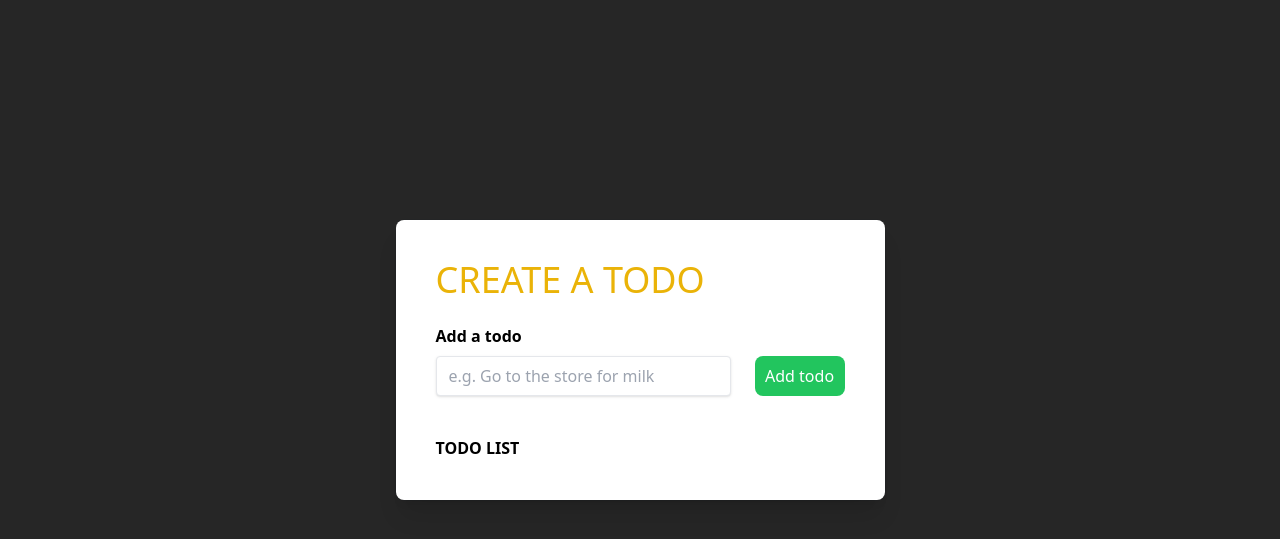
Repository: Kajo-lab/vue-todo
Page: /
An editor plug-in stored every save of this project. The page is shown before and after the next save, followed by the edit.
The browser window is 1280 px wide. The pictures show the whole page.
The project was rebuilt for these pictures with package versions that can differ from the ones it lists, and the page was loaded fresh each time. Also part of the build but not shown: vite.config.js, webpack.config.js.

Above is the page before, as saved 2022-07-07 17:48:41.

### src/main.js
import { createApp } from 'vue'
import App from './App.vue'
import "./assets/tailwind.css";

createApp(App).mount('#app')

### src/App.vue
<script setup>
import { ref, onMounted, computed, watch } from 'vue'

const todos = ref([])
const name = ref('')

const input_content = ref('')

const todos_asc = computed(() => todos.value.sort((a,b) =>{
	return a.createdAt - b.createdAt
}))

watch(name, (newVal) => {
	localStorage.setItem('name', newVal)
})

watch(todos, (newVal) => {
	localStorage.setItem('todos', JSON.stringify(newVal))
}, {
	deep: true
})

const addTodo = () => {
  if (input_content.value.trim() === '') {
    return
  }

	todos.value.push({
		content: input_content.value,
		done: false,
		editable: false,
		createdAt: new Date().getTime()
	})

	input_content.value = ''
}

const removeTodo = (todo) => {
	todos.value = todos.value.filter((t) => t !== todo)
}

onMounted(() => {
	name.value = localStorage.getItem('name') || ''
	todos.value = JSON.parse(localStorage.getItem('todos')) || []
})
</script>

<template>

<main class="relative flex min-h-screen flex-col justify-center overflow-hidden bg-neutral-800 py-6 sm:py-12">
	<div class="relative bg-white px-6 pt-10 pb-8 shadow-xl ring-1 ring-gray-900/5 sm:mx-auto sm:max-w-lg sm:rounded-lg sm:px-10">
		<section class="mb-10">
		<h1 class="text-4xl text-yellow-500 mb-6">CREATE A TODO</h1>
				<h3 class="mb-2 font-bold">Add a todo</h3>
				<form id="new-todo-form" class="flex gap-6" @submit.prevent="addTodo">
					<input
						class="shadow appearance-none border rounded w-full py-2 px-3 text-gray-700 leading-tight focus:outline-none focus:shadow-outline"
						type="text"
						name="content"
						id="content"
						placeholder="e.g. Go to the store for milk"
						v-model="input_content" />

					<input type="submit" value="Add todo" class="h-10 w-32 text-white rounded-lg bg-green-500 hover:bg-green-600"/>
				</form>
		</section>

		<section>
				<h3 class="mb-2 font-bold">TODO LIST</h3>
				<div id="todo-list ">
					<div class="flex mb-4" v-for="todo in todos_asc" :key="`todo-item ${todo.done && 'done'}`">

						<input type="checkbox" v-model="todo.done" />

						<div class="flex gap-6 todo-content">
							<input
							class=" shadow appearance-none border-none rounded w-full py-2 px-3 text-gray-700 leading-tight focus:outline-none focus:shadow-outline"
							type="text"
							v-model="todo.content" />

							<button class="h-10 w-20 text-white rounded-lg bg-red-500 hover:bg-red-600" @click="removeTodo(todo)">Delete</button>
						</div>
					</div>
				</div>
		</section>
	</div>
</main>

</template>

<style src="./assets/tailwind.css">



</style>

### src/assets/tailwind.css
@tailwind base;
@tailwind components;
@tailwind utilities;

.todo-item label {
	display: block;
	margin-right: 1rem;
	cursor: pointer;
}

.todo-item.done .todo-content input {
	text-decoration: line-through;
	color: gray;
}

Loaded but not shown: tailwind.config.js (common file)

After the next save:
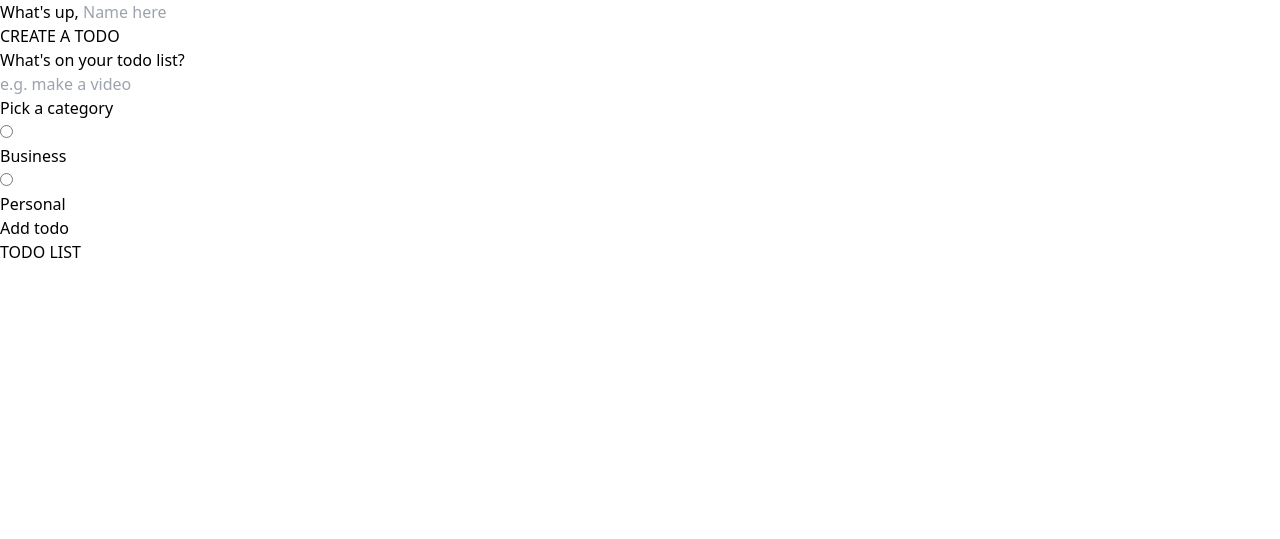
Saved 78 s later.
--- a/src/App.vue
+++ b/src/App.vue
@@ -46,46 +46,84 @@
 </script>
 
 <template>
+	<main class="app">
 
-<main class="relative flex min-h-screen flex-col justify-center overflow-hidden bg-neutral-800 py-6 sm:py-12">
-	<div class="relative bg-white px-6 pt-10 pb-8 shadow-xl ring-1 ring-gray-900/5 sm:mx-auto sm:max-w-lg sm:rounded-lg sm:px-10">
-		<section class="mb-10">
-		<h1 class="text-4xl text-yellow-500 mb-6">CREATE A TODO</h1>
-				<h3 class="mb-2 font-bold">Add a todo</h3>
-				<form id="new-todo-form" class="flex gap-6" @submit.prevent="addTodo">
-					<input
-						class="shadow appearance-none border rounded w-full py-2 px-3 text-gray-700 leading-tight focus:outline-none focus:shadow-outline"
-						type="text"
-						name="content"
-						id="content"
-						placeholder="e.g. Go to the store for milk"
-						v-model="input_content" />
-
-					<input type="submit" value="Add todo" class="h-10 w-32 text-white rounded-lg bg-green-500 hover:bg-green-600"/>
-				</form>
+		<section class="greeting">
+			<h2 class="title">
+				What's up, <input type="text" id="name" placeholder="Name here" v-model="name">
+			</h2>
 		</section>
 
-		<section>
-				<h3 class="mb-2 font-bold">TODO LIST</h3>
-				<div id="todo-list ">
-					<div class="flex mb-4" v-for="todo in todos_asc" :key="`todo-item ${todo.done && 'done'}`">
+		<section class="create-todo">
+			<h3>CREATE A TODO</h3>
 
+			<form id="new-todo-form" @submit.prevent="addTodo">
+				<h4>What's on your todo list?</h4>
+				<input
+					type="text"
+					name="content"
+					id="content"
+					placeholder="e.g. make a video"
+					v-model="input_content" />
+
+				<h4>Pick a category</h4>
+				<div class="options">
+
+					<label>
+						<input
+							type="radio"
+							name="category"
+							id="category1"
+							value="business"
+							v-model="input_category" />
+						<span class="bubble business"></span>
+						<div>Business</div>
+					</label>
+
+					<label>
+						<input
+							type="radio"
+							name="category"
+							id="category2"
+							value="personal"
+							v-model="input_category" />
+						<span class="bubble personal"></span>
+						<div>Personal</div>
+					</label>
+
+				</div>
+
+				<input type="submit" value="Add todo" />
+			</form>
+		</section>
+
+		<section class="todo-list">
+			<h3>TODO LIST</h3>
+			<div class="list" id="todo-list">
+
+				<div v-for="todo in todos_asc" :class="`todo-item ${todo.done && 'done'}`">
+					<label>
 						<input type="checkbox" v-model="todo.done" />
+						<span :class="`bubble ${
+							todo.category == 'business'
+								? 'business'
+								: 'personal'
+						}`"></span>
+					</label>
 
-						<div class="flex gap-6 todo-content">
-							<input
-							class=" shadow appearance-none border-none rounded w-full py-2 px-3 text-gray-700 leading-tight focus:outline-none focus:shadow-outline"
-							type="text"
-							v-model="todo.content" />
+					<div class="todo-content">
+						<input type="text" v-model="todo.content" />
+					</div>
 
-							<button class="h-10 w-20 text-white rounded-lg bg-red-500 hover:bg-red-600" @click="removeTodo(todo)">Delete</button>
-						</div>
+					<div class="actions">
+						<button class="delete" @click="removeTodo(todo)">Delete</button>
 					</div>
 				</div>
+
+			</div>
 		</section>
-	</div>
-</main>
 
+	</main>
 </template>
 
 <style src="./assets/tailwind.css">

After the 2 saves that followed:
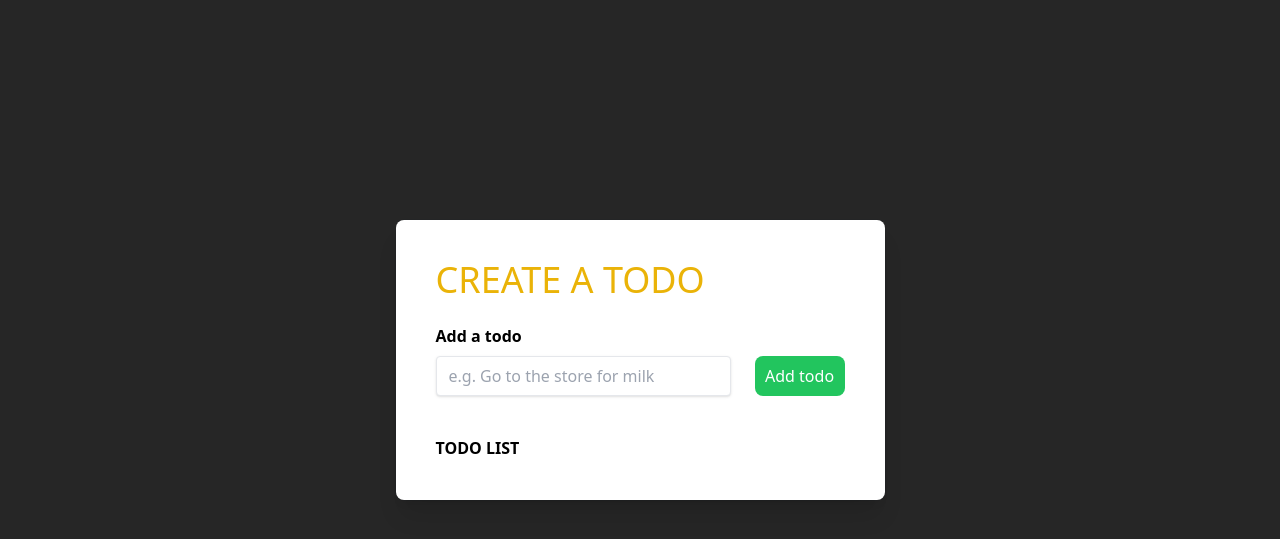
The 2 saves are shown as one change because 1 left the picture as it was.
The last was saved 34 s later.
--- a/src/App.vue
+++ b/src/App.vue
@@ -46,84 +46,46 @@
 </script>
 
 <template>
-	<main class="app">
 
-		<section class="greeting">
-			<h2 class="title">
-				What's up, <input type="text" id="name" placeholder="Name here" v-model="name">
-			</h2>
+<main class="relative flex min-h-screen flex-col justify-center overflow-hidden bg-neutral-800 py-6 sm:py-12">
+	<div class="relative bg-white px-6 pt-10 pb-8 shadow-xl ring-1 ring-gray-900/5 sm:mx-auto sm:max-w-lg sm:rounded-lg sm:px-10">
+		<section class="mb-10">
+		<h1 class="text-4xl text-yellow-500 mb-6">CREATE A TODO</h1>
+				<h3 class="mb-2 font-bold">Add a todo</h3>
+				<form id="new-todo-form" class="flex gap-6" @submit.prevent="addTodo">
+					<input
+						class="shadow appearance-none border rounded w-full py-2 px-3 text-gray-700 leading-tight focus:outline-none focus:shadow-outline"
+						type="text"
+						name="content"
+						id="content"
+						placeholder="e.g. Go to the store for milk"
+						v-model="input_content" />
+
+					<input type="submit" value="Add todo" class="h-10 w-32 text-white rounded-lg bg-green-500 hover:bg-green-600"/>
+				</form>
 		</section>
 
-		<section class="create-todo">
-			<h3>CREATE A TODO</h3>
+		<section>
+				<h3 class="mb-2 font-bold">TODO LIST</h3>
+				<div id="todo-list ">
+					<div class="flex mb-4" v-for="todo in todos_asc" :class="`todo-item ${todo.done && 'done'}`">
 
-			<form id="new-todo-form" @submit.prevent="addTodo">
-				<h4>What's on your todo list?</h4>
-				<input
-					type="text"
-					name="content"
-					id="content"
-					placeholder="e.g. make a video"
-					v-model="input_content" />
+						<input type="checkbox" v-model="todo.done" />
 
-				<h4>Pick a category</h4>
-				<div class="options">
+						<div class="flex gap-6 todo-content">
+							<input
+							class=" shadow appearance-none border-none rounded w-full py-2 px-3 text-gray-700 leading-tight focus:outline-none focus:shadow-outline"
+							type="text"
+							v-model="todo.content" />
 
-					<label>
-						<input
-							type="radio"
-							name="category"
-							id="category1"
-							value="business"
-							v-model="input_category" />
-						<span class="bubble business"></span>
-						<div>Business</div>
-					</label>
-
-					<label>
-						<input
-							type="radio"
-							name="category"
-							id="category2"
-							value="personal"
-							v-model="input_category" />
-						<span class="bubble personal"></span>
-						<div>Personal</div>
-					</label>
-
-				</div>
-
-				<input type="submit" value="Add todo" />
-			</form>
-		</section>
-
-		<section class="todo-list">
-			<h3>TODO LIST</h3>
-			<div class="list" id="todo-list">
-
-				<div v-for="todo in todos_asc" :class="`todo-item ${todo.done && 'done'}`">
-					<label>
-						<input type="checkbox" v-model="todo.done" />
-						<span :class="`bubble ${
-							todo.category == 'business'
-								? 'business'
-								: 'personal'
-						}`"></span>
-					</label>
-
-					<div class="todo-content">
-						<input type="text" v-model="todo.content" />
-					</div>
-
-					<div class="actions">
-						<button class="delete" @click="removeTodo(todo)">Delete</button>
+							<button class="h-10 w-20 text-white rounded-lg bg-red-500 hover:bg-red-600" @click="removeTodo(todo)">Delete</button>
+						</div>
 					</div>
 				</div>
+		</section>
+	</div>
+</main>
 
-			</div>
-		</section>
-
-	</main>
 </template>
 
 <style src="./assets/tailwind.css">
